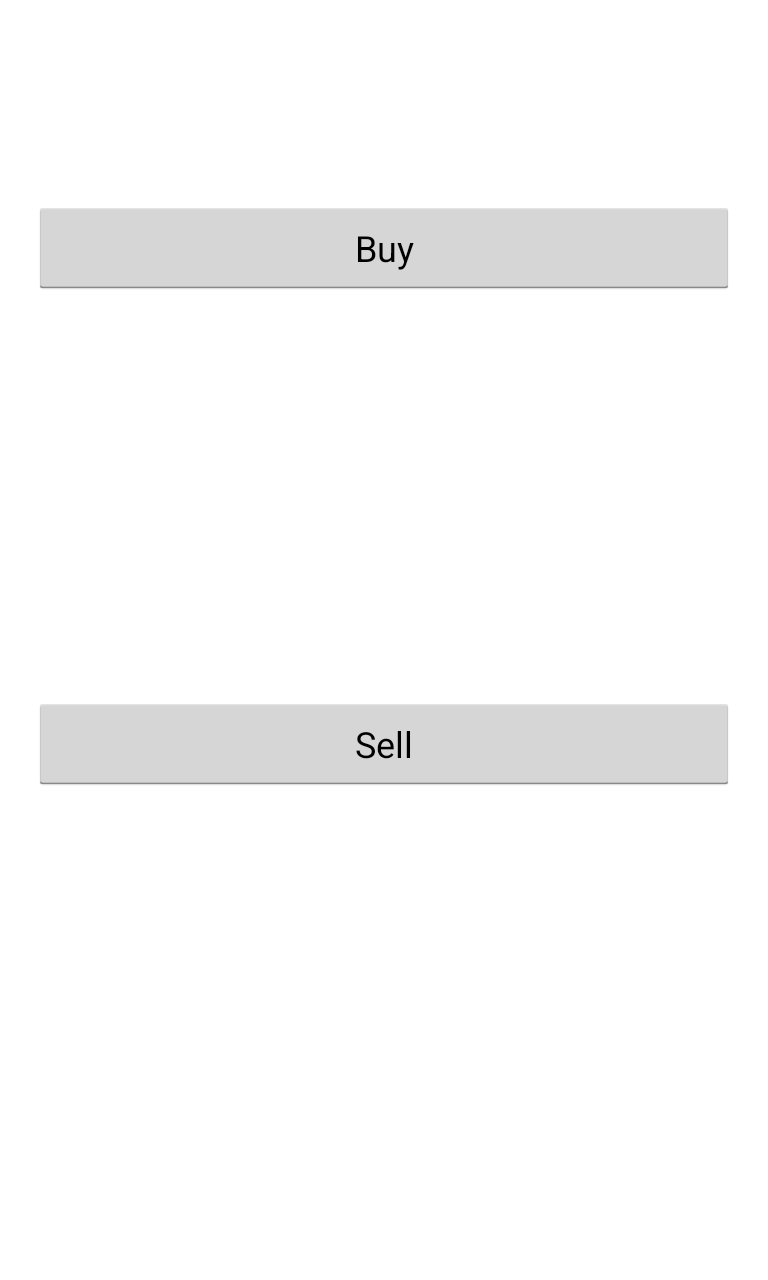
Repository: jxrlee/Swap
Layout: Swap/res/layout/activity_home.xml
These files come from the project's save history. The layout is drawn as it stood at one moment and after the next save; the edit follows.
It is drawn on a 768 x 1280 px phone screen (xhdpi) without system bars, with theme AppTheme; the app's code is not run.

Above is the layout before, as saved 2013-01-16 07:48:27.

After the next save:
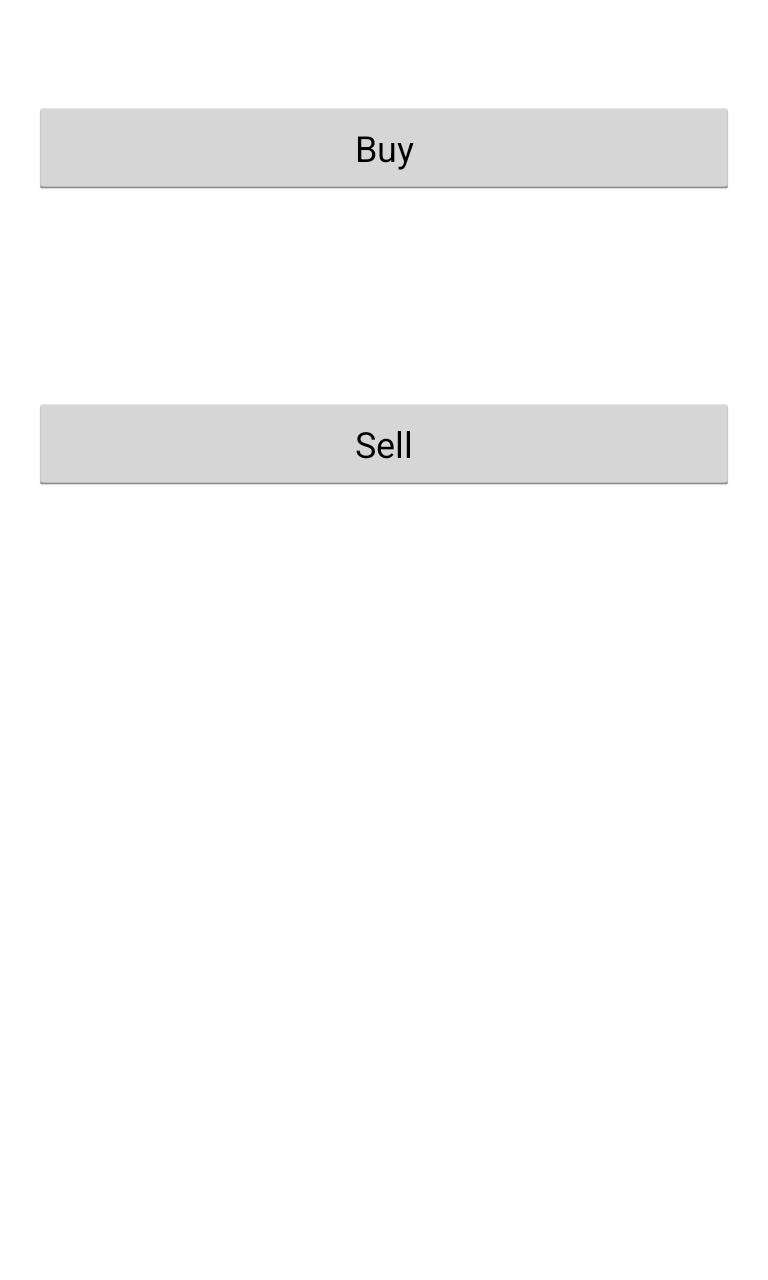
Saved 108 s later.
--- a/Swap/res/layout/activity_home.xml
+++ b/Swap/res/layout/activity_home.xml
@@ -10,15 +10,15 @@
     <Button
         android:layout_width="fill_parent"
         android:layout_height="wrap_content"
-        android:layout_marginTop="100dp"
-        android:layout_marginBottom="100dp"
+        android:layout_marginTop="50dp"
+        android:layout_marginBottom="50dp"
         android:text="@string/button_buy" />
 
     <Button
         android:layout_width="fill_parent"
         android:layout_height="wrap_content"
-        android:layout_marginTop="100dp"
-        android:layout_marginBottom="100dp"
+        android:layout_marginTop="50dp"
+        android:layout_marginBottom="50dp"
         android:text="@string/button_sell" />
 
 </LinearLayout>
